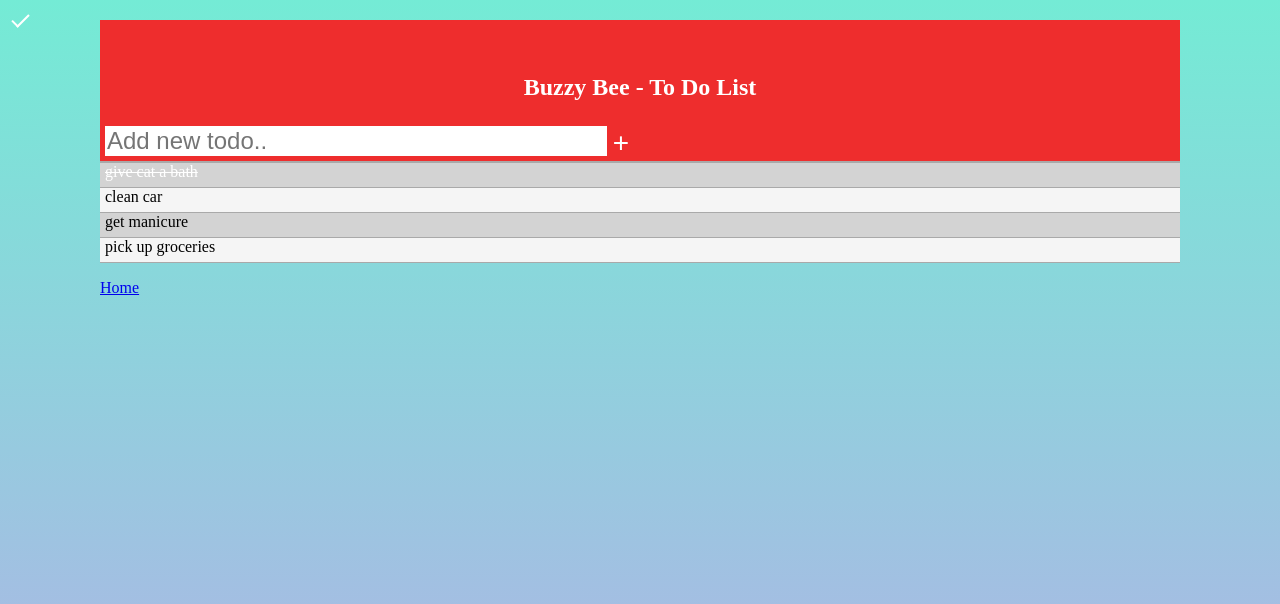
Repository: seleniadelgado/backend-spring2020-angie
Page: projects/todo/public_html/index.html
The author's editor kept a copy of each file at every save. The page is drawn from the files as they stood at one save, then again after the next save.
The browser window is 1280 px wide. The pictures show the whole page.
The page's requests for data from a server got no answer.

Above is the page before, as saved 2020-05-12 21:40:47.

### projects/todo/public_html/index.html
<!DOCTYPE html>

<html lang="en">
    <head>
        <meta charset="utf-8">
        <title>Buzzy Bee - To Do List</title>
        <meta name="description" content="The HTML5 Herald">
        <meta name="author" content="SitePoint">
        <link rel="stylesheet" href="styles.css">
        <script
            src="https://code.jquery.com/jquery-3.5.0.min.js"
            integrity="sha256-xNzN2a4ltkB44Mc/Jz3pT4iU1cmeR0FkXs4pru/JxaQ="
            crossorigin="anonymous">
        </script>
</head>
<body>
    <div class="sectionTitle">
        <div class="appTitle">
            <h2>Buzzy Bee - To Do List</h2>
        </div>
        <div id="addNote">
            <input type="text" id="newNote" placeholder="Add new todo..">
            <button class="addBtn">+</button>
        </div>
    </div>

    <ul id="myList">
        <li class="checked">give cat a bath</li>
        <li>clean car</li>
        <li>get manicure</li>
        <li>pick up groceries</li>
    </ul>






















    <a href="http://localhost:3000/">Home</a>



    <script>
        $(document).ready(() => {
            let objectToSend = {
                note: "Do somethings",
                author: "Nick"
            }

            $.post("http://localhost:3000/newNote", objectToSend, (dataToGet) => {
                console.log(dataToGet);
            });
            $.post("http://localhost:3000/readNotes", {}, (dataToGet) => {
                let allNotesArray = dataToGet.notes;

                console.log(allNotesArray);
            })
        })

        //import the data from default user
        // make JSON into JS with parse.
        //with the list we want to populate our ul.
        //use jquery to access the dom, grab the string
        //loop over notes
        //add the note as an li to the ul
        //  Create li with jquery.
        //  target the ul with jquery and append the li.
        //note: $('<li></li>'')
        //      $('ul') -> a jquery list which holds the ul.
        //      get 1st element from the array

    </script>
</body>
</html>

### projects/todo/public_html/styles.css
:root {
    --main-color: #EE2D2D;
}

html {
    background: linear-gradient(#74ebd5, #ACB6E5);
    height: 100%;
}
* {
    box-sizing: border-box;
}
body {
    margin: 0px 100px 75px 100px;
}

.sectionTitle {
    background-color: var(--main-color);
    text-align: center;
    border-bottom: 2px solid darkgray;
    margin-top: 0%;
}

.appTitle h2 {
    color: white;
    padding-top: 5%;
}
#addNote {
    display: flex;
    align-items: flex-start;
    padding: 5px;
    height: 30px;
    width: 50%;
    margin-bottom: 10px;
    font-family: 'Gill Sans', 'Gill Sans MT', Calibri, 'Trebuchet MS', sans-serif;
}
.addBtn {
    margin-left: 0%;
    margin-bottom: 2%;
    font-size: 28px;
    color: white;
    border: none;
    background: none;
}
#newNote {
    border: none;
    width: 100%;
    height: 150%;
    font-size: 24px;
}
ul li.checked {
    background: #888;
    color: #fff;
    text-decoration: line-through;
  }
#myList li:nth-child(odd) {
    background: lightgray;
  }
#myList {
    list-style: none;
    padding: 0px;
    margin-top: 0px;
}
#myList li.checked::before {
    content: '';
    position: absolute;
    border-color: #fff;
    border-style: solid;
    border-width: 0 2px 2px 0;
    top: 10px;
    left: 16px;
    transform: rotate(45deg);
    height: 15px;
    width: 7px;
  }
#myList li {
    cursor: pointer;
    height: 25px;
    border-bottom: 1px solid darkgray;
    background-color: whitesmoke;
    padding-left: 5px;
}

After the next save:
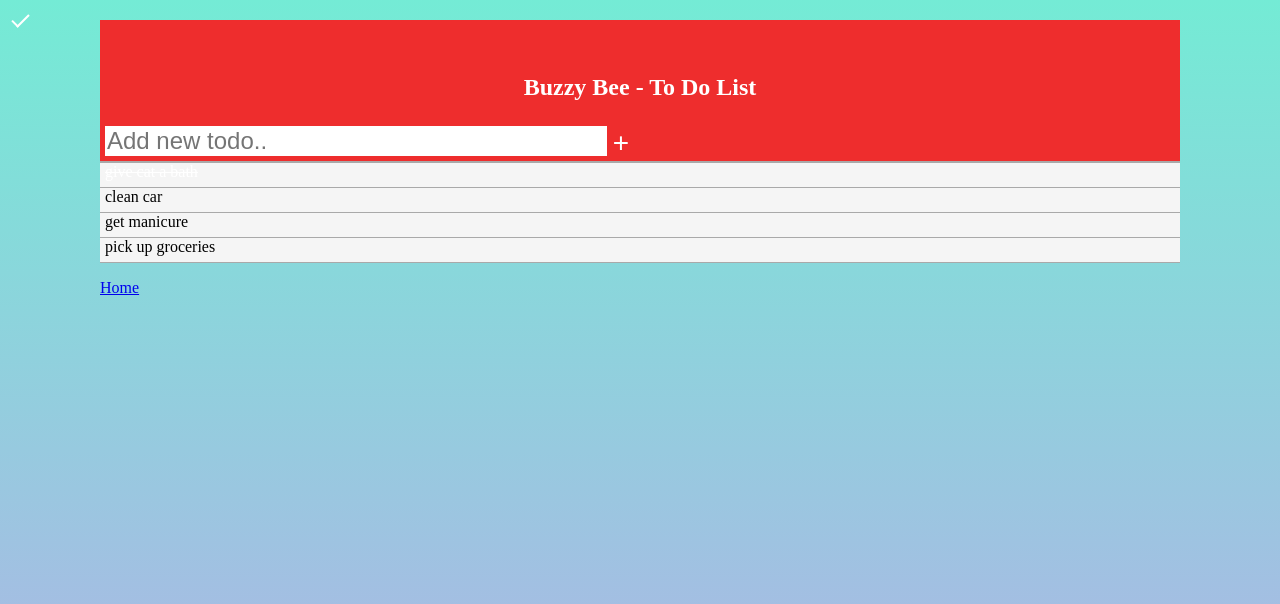
Saved 54 s later.
--- a/projects/todo/public_html/styles.css
+++ b/projects/todo/public_html/styles.css
@@ -51,6 +51,13 @@ ul li.checked {
     background: #888;
     color: #fff;
     text-decoration: line-through;
+
+      /* make the list items unselectable */
+  -webkit-user-select: none;
+  -moz-user-select: none;
+  -ms-user-select: none;
+  user-select: none;
+}
   }
 #myList li:nth-child(odd) {
     background: lightgray;

After the save that followed:
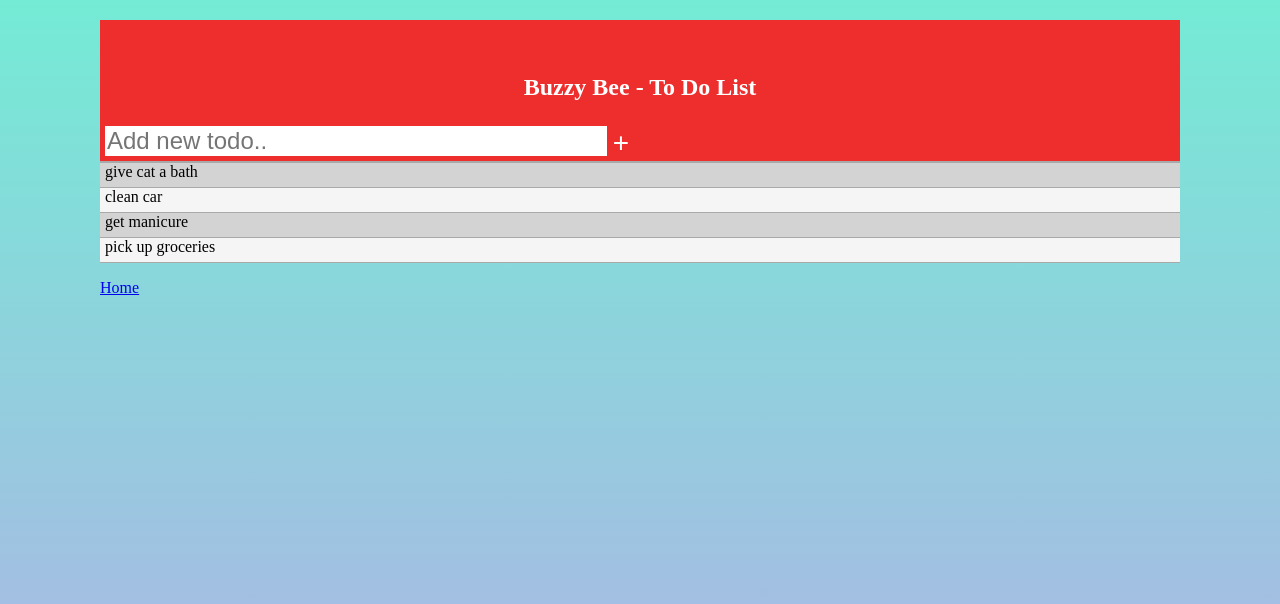
Saved 32 s later.
--- a/projects/todo/public_html/styles.css
+++ b/projects/todo/public_html/styles.css
@@ -47,18 +47,7 @@ body {
     height: 150%;
     font-size: 24px;
 }
-ul li.checked {
-    background: #888;
-    color: #fff;
-    text-decoration: line-through;
 
-      /* make the list items unselectable */
-  -webkit-user-select: none;
-  -moz-user-select: none;
-  -ms-user-select: none;
-  user-select: none;
-}
-  }
 #myList li:nth-child(odd) {
     background: lightgray;
   }
@@ -67,18 +56,7 @@ ul li.checked {
     padding: 0px;
     margin-top: 0px;
 }
-#myList li.checked::before {
-    content: '';
-    position: absolute;
-    border-color: #fff;
-    border-style: solid;
-    border-width: 0 2px 2px 0;
-    top: 10px;
-    left: 16px;
-    transform: rotate(45deg);
-    height: 15px;
-    width: 7px;
-  }
+
 #myList li {
     cursor: pointer;
     height: 25px;
